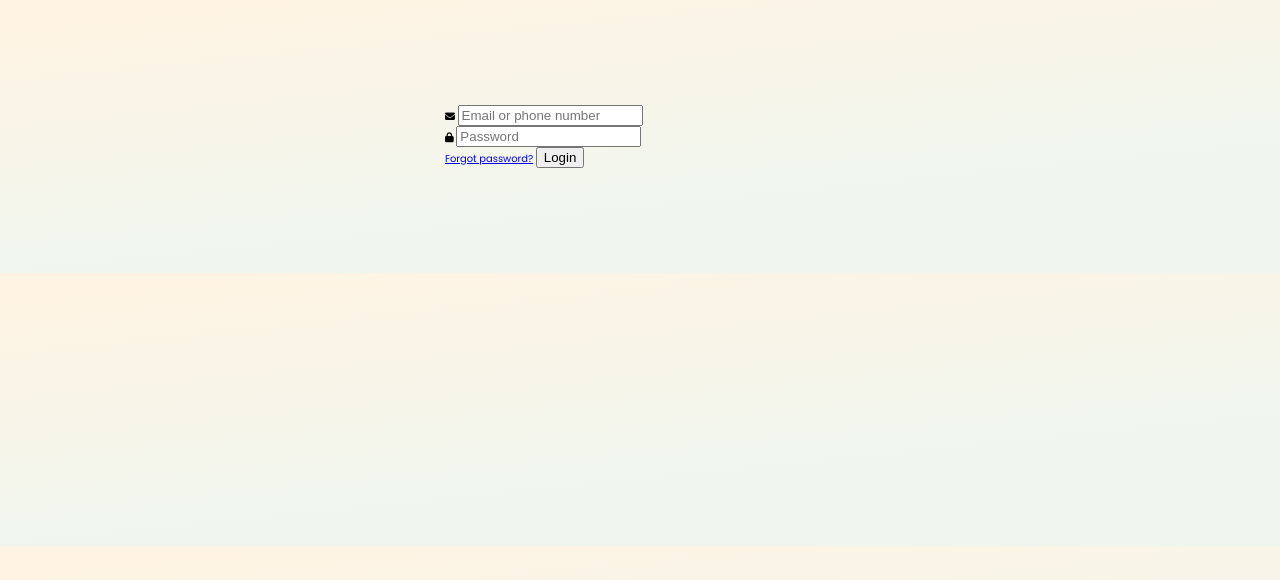
Repository: VuTuanAnh0949/loginForm
Page: index.html
The author's editor kept a copy of each file at every save. The page is drawn from the files as they stood at one save, then again after the next save.
The browser window is 1280 px wide. The pictures show the whole page.

Above is the page before, as saved 2022-04-15 20:36:07.

### index.html
<!DOCTYPE html>
<html lang="en">
<head>
  <meta charset="UTF-8">
  <meta http-equiv="X-UA-Compatible" content="IE=edge">
  <meta name="viewport" content="width=device-width, initial-scale=1.0">
  <link
  href="https://fonts.googleapis.com/css2?family=Poppins:wght@300;400;600&display=swap"
  rel="stylesheet"
/>
<link rel="stylesheet" href="style.css">
<link rel="stylesheet" href="/fontawesome-free-6.1.1-web/css/all.css">
  <title>Login</title>
</head>
<body>
  <div class="login">
    <div class="login-field">
      <i class="fa-solid fa-envelope"></i>
      <input type="email" class="login-input" placeholder="Email or phone number">
    </div>
    <div class="login-field">
      <i class="fa-solid fa-lock"></i>
      <input type="password" class="login-input" placeholder="Password">
    </div>
    <a href="#" class="login__forgot--password">Forgot password?</a>
    <button class="login-submit">Login</button>
  </div>
</body>
</html>

### style.css
html{
  font-size: 62%;
  font-family: "Poppins", sans-serif;
}
*{
box-sizing: border-box;
}
body{
  background-image: linear-gradient( 174.2deg,  rgba(255,244,228,1) 7.1%, rgba(240,246,238,1) 67.4% );
}
.login{
  width: 500px;
  margin: 50px auto;
padding: 55px;
}

Loaded but not shown: fontawesome-free-6.1.1-web/css/all.css (library)

After the next save:
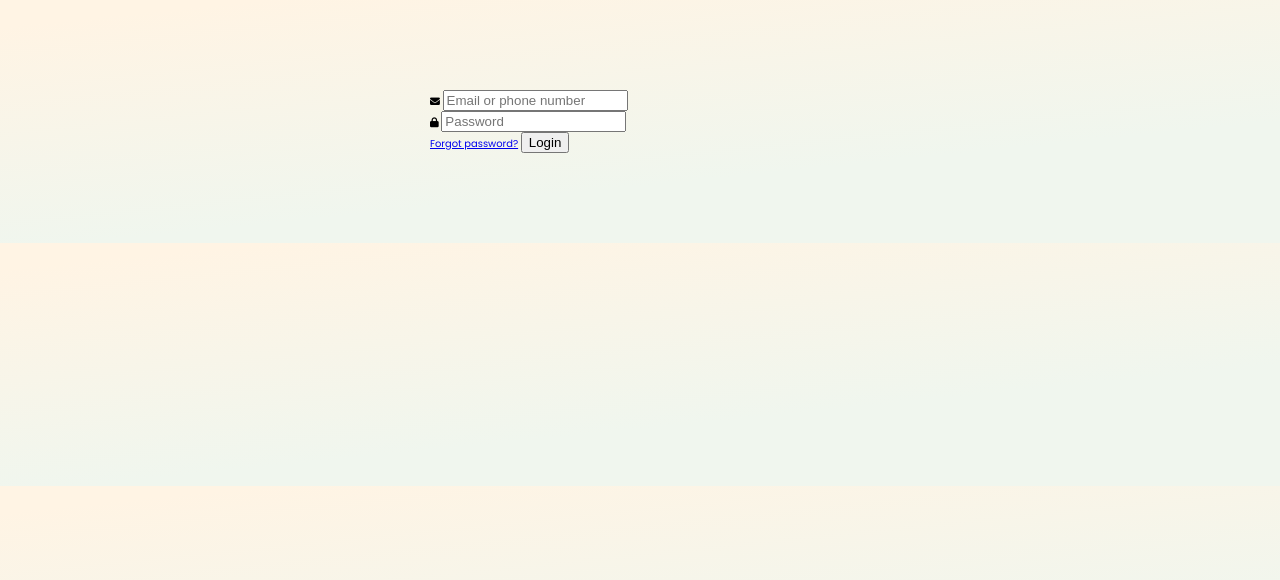
Saved 8 s later.
--- a/style.css
+++ b/style.css
@@ -11,5 +11,5 @@ body{
 .login{
   width: 500px;
   margin: 50px auto;
-padding: 55px;
+padding: 40px;
 }
